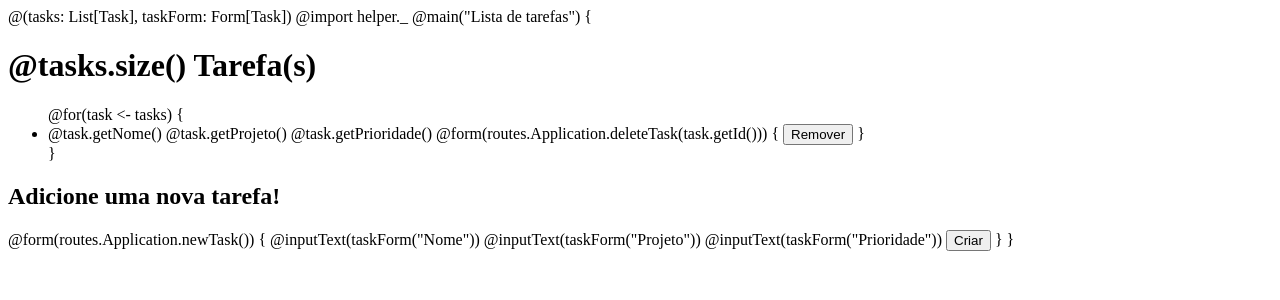
Repository: lcavalcante/si1
Page: lab2/.target/views/index.scala.html
These files come from the project's save history. The page is drawn as it stood at one moment and after the next save; the edit follows.
The browser window is 1280 px wide. The pictures show the whole page.

Above is the page before, as saved 2013-11-27 00:03:16.

### lab2/.target/views/index.scala.html
@(tasks: List[Task], taskForm: Form[Task])

@import helper._

@main("Lista de tarefas") {

    <h1>@tasks.size() Tarefa(s)</h1>

    <ul>
        @for(task <- tasks) {
            <li>
                @task.getNome() @task.getProjeto() @task.getPrioridade()

                @form(routes.Application.deleteTask(task.getId())) {
                    <input type="submit" value="Remover">
                }
            </li>
        }
    </ul>

    <h2>Adicione uma nova tarefa!</h2>

    @form(routes.Application.newTask()) {

        @inputText(taskForm("Nome"))
        @inputText(taskForm("Projeto"))
        @inputText(taskForm("Prioridade"))

        <input type="submit" value="Criar">

    }

}

After the next save:
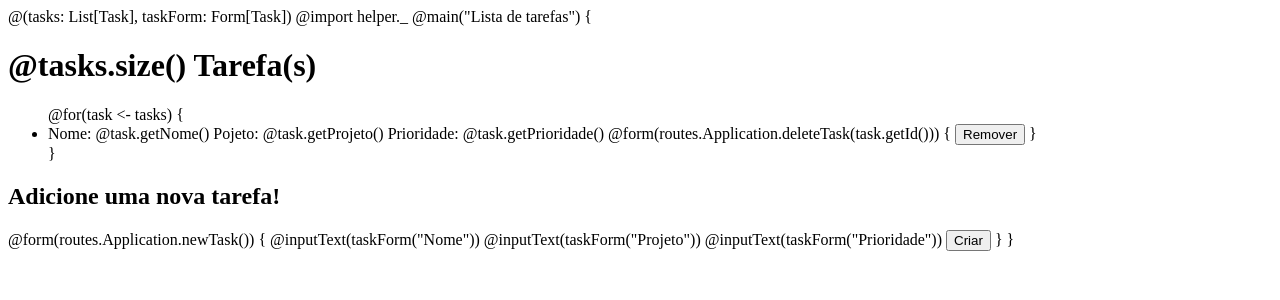
Saved 25 s later.
--- a/lab2/.target/views/index.scala.html
+++ b/lab2/.target/views/index.scala.html
@@ -9,7 +9,7 @@
     <ul>
         @for(task <- tasks) {
             <li>
-                @task.getNome() @task.getProjeto() @task.getPrioridade()
+                Nome: @task.getNome() Pojeto: @task.getProjeto() Prioridade: @task.getPrioridade()
 
                 @form(routes.Application.deleteTask(task.getId())) {
                     <input type="submit" value="Remover">
